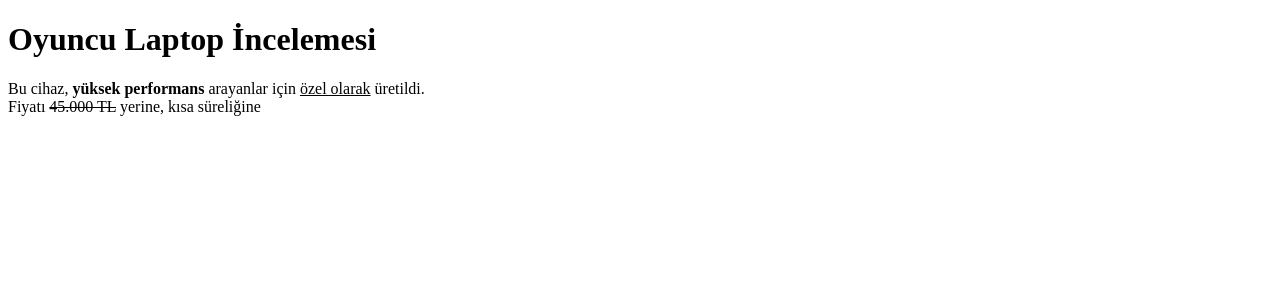
Repository: BeritanBlgn/web-yazilim-muhendisligi
Page: Modul_1/Ders_3/1.3.6_gorev2.html
An editor plug-in stored every save of this project. The page is shown before and after the next save, followed by the edit.
The browser window is 1280 px wide. The pictures show the whole page.

Above is the page before, as saved 2026-10-09 22:32:40.

### Modul_1/Ders_3/1.3.6_gorev2.html
<!DOCTYPE html>
<html lang="tr">
<head>
    <meta charset="UTF-8">
    <meta name="viewport" content="width=device-width, initial-scale=1.0">
    <title>Document</title>
</head>
<body>
    <h1>
        Oyuncu Laptop İncelemesi
    </h1>
    <p>
        Bu cihaz, <strong>yüksek performans</strong> arayanlar için
        <u>özel olarak</u> üretildi. <br>
        Fiyatı <del>45.000 TL</del> yerine, kısa süreliğine <mark>

        </mark>
    </p>
</body>
</html>

After the next save:
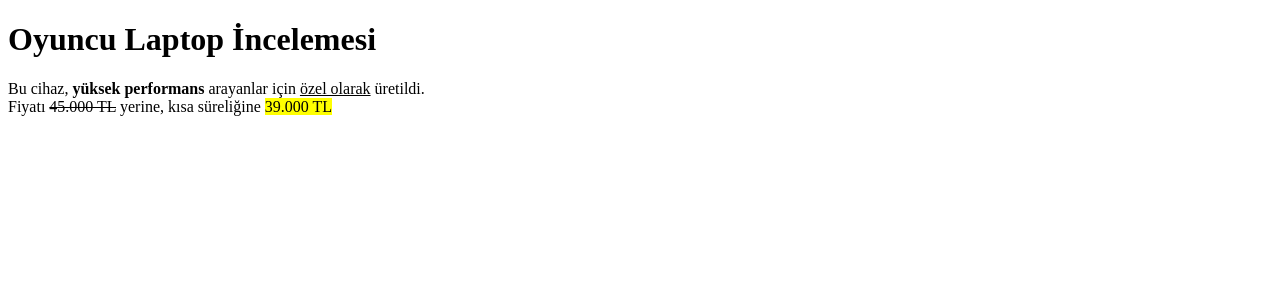
Saved 7 s later.
--- a/Modul_1/Ders_3/1.3.6_gorev2.html
+++ b/Modul_1/Ders_3/1.3.6_gorev2.html
@@ -13,7 +13,7 @@
         Bu cihaz, <strong>yüksek performans</strong> arayanlar için
         <u>özel olarak</u> üretildi. <br>
         Fiyatı <del>45.000 TL</del> yerine, kısa süreliğine <mark>
-
+            39.000 TL
         </mark>
     </p>
 </body>
